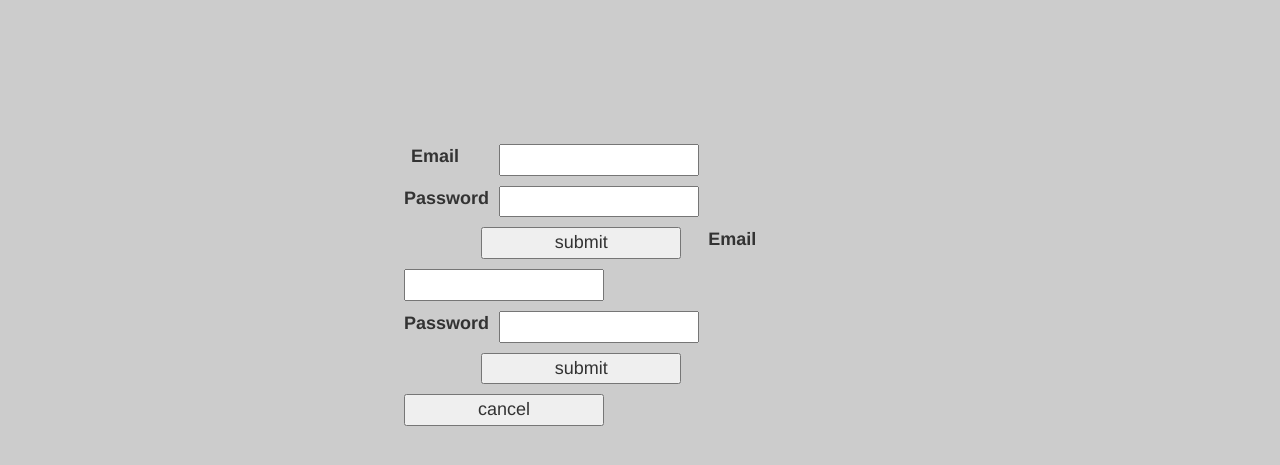
Repository: marijabroceta/ProjekatIB
Page: IB_Project_Shell/src/main/resources/static/index.html
The author's editor kept a copy of each file at every save. The page is drawn from the files as they stood at one save, then again after the next save.
The browser window is 1280 px wide. The pictures show the whole page.

Above is the page before, as saved 2018-07-01 00:02:31.

### IB_Project_Shell/src/main/resources/static/index.html
<!DOCTYPE html>
<html>

<head>
<!--  <script type="text/javascript" src="js/main.js"></script>
<script src="https://ajax.googleapis.com/ajax/libs/jquery/3.3.1/jquery.min.js"></script>-->
<title>Login</title>
	<script src="js/jquery-2.1.4.min.js"></script>
	<link rel="stylesheet" type="text/css" href="bootstrap/css/bootstrap.min.css"/>
    <script src="bootstrap/js/bootstrap.min.js"></script>
    <link rel="stylesheet" type="text/css" href="css/login.css">
    <script src="js/login.js" type="text/javascript"></script>
</head>
<body>
	<!--  <a href="./user_content/cat.jpg" download>Download link for static
		files</a>
	<button type="button"  onclick="download()">Download link for
		target/files files</button>-->
	<div id="login_form">
	    <form name="login" method="post" id="login">
	       	<label for="email">Email</label>
	 		<input type="text" id="email" name="email"><br>
	 		<label for="password">Password</label>
	 		<input type="password" id="password" name="password"><br>
	 		<input type="submit" name="submit" id="submit" value="submit" class="button" />
	    </form>
    <div id="add_form">
			<form name="add_user_form" method="post" id="add_user_form">
		       	<label id="email_lbl" for="email">Email</label>
		 		<input type="text" id="email" name="email"><br>
		 		<label id="pass_lbl" for="password">Password</label>
		 		<input type="password" id="password" name="password"><br>
		 		<input type="submit" name="submit" id="submit" value="submit" class="button" /><br>
		 		<input type="button" name="cancel" id="cancel" value="cancel" class="button" />
	    	</form>
		</div>
</div>
</body>

</html>

### IB_Project_Shell/src/main/resources/static/css/login.css
#login_form{
	position: absolute;
    top: 20%;
    left: 30%;
    right: 30%;
    bottom: 20%;
    font-size: 18px;
}



body {
    text-align: center;
    background: #ccc;
}
/*form {
    display: inline-block;
}*/

label,input {
 display: block;
 width: 200px;
 float: left;
 margin-left: 20px;
 margin-bottom: 10px;
}

label {
 text-align: right;
 width: 75px;
 padding-right: 20px;
}

br {
 clear: left;
}

#submit{
	margin-left: 19%;
}

### IB_Project_Shell/src/main/resources/static/js/login.js
$(document).ready(function(){

	var submit = $('#submit');

	submit.on('click',function(e) {
		login();

		e.preventDefault();
		return false;
	})

});

function login(){
	var email = $('#email').val().trim();
	var password = $('#password').val().trim();
	var token = '';

	var data = {
		'username':email,
		'password':password
	}
	console.log(data);

	$.ajax({
		type: 'POST',
        contentType: 'application/json',
        url: 'https://localhost:8443/api/auth/login',
        data: JSON.stringify(data),
        dataType: 'json',
        crossDomain: true,
		cache: false,
		processData: false,
		success:function(response){
			var token = response.access_token;
			console.log(token);
			console.log(response);

			localStorage.setItem("token",token);
			window.location.href = "main_page.html";
		},
		error: function (jqXHR, textStatus, errorThrown) {
			alert(textStatus);
		}
	});
}

Loaded but not shown: IB_Project_Shell/src/main/resources/static/js/jquery-2.1.4.min.js (library); IB_Project_Shell/src/main/resources/static/bootstrap/css/bootstrap.min.css (library); IB_Project_Shell/src/main/resources/static/bootstrap/js/bootstrap.min.js (library)

After the next save:
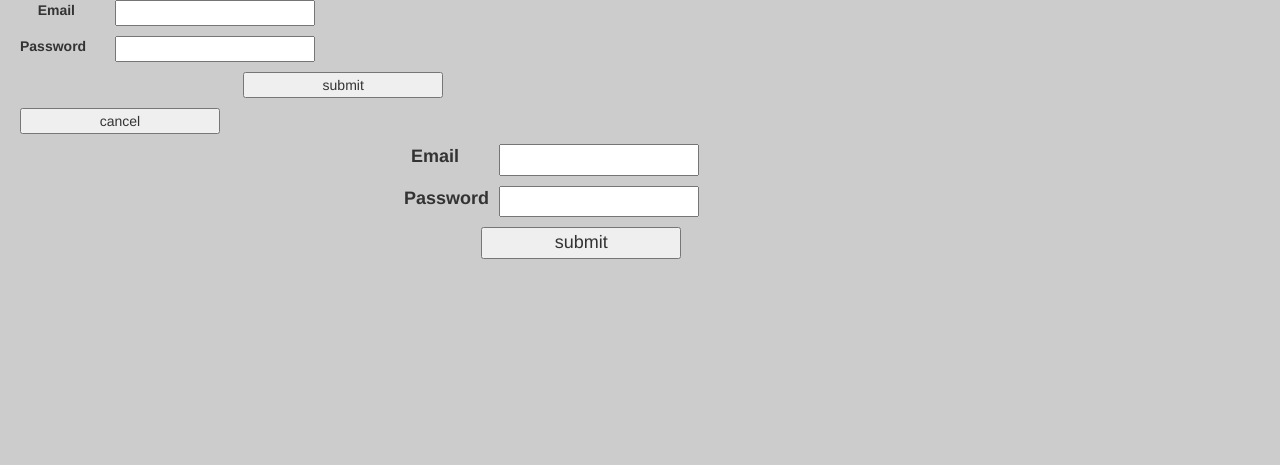
Saved 2 min 10 s later.
--- a/IB_Project_Shell/src/main/resources/static/index.html
+++ b/IB_Project_Shell/src/main/resources/static/index.html
@@ -16,25 +16,27 @@
 		files</a>
 	<button type="button"  onclick="download()">Download link for
 		target/files files</button>-->
-	<div id="login_form">
-	    <form name="login" method="post" id="login">
-	       	<label for="email">Email</label>
-	 		<input type="text" id="email" name="email"><br>
-	 		<label for="password">Password</label>
-	 		<input type="password" id="password" name="password"><br>
-	 		<input type="submit" name="submit" id="submit" value="submit" class="button" />
-	    </form>
-    <div id="add_form">
-			<form name="add_user_form" method="post" id="add_user_form">
-		       	<label id="email_lbl" for="email">Email</label>
+	<div>
+		<div id="login_form">
+		    <form name="login" method="post" id="login">
+		       	<label for="email">Email</label>
 		 		<input type="text" id="email" name="email"><br>
-		 		<label id="pass_lbl" for="password">Password</label>
+		 		<label for="password">Password</label>
 		 		<input type="password" id="password" name="password"><br>
-		 		<input type="submit" name="submit" id="submit" value="submit" class="button" /><br>
-		 		<input type="button" name="cancel" id="cancel" value="cancel" class="button" />
-	    	</form>
-		</div>
-</div>
+		 		<input type="submit" name="submit" id="submit" value="submit" class="button" />
+		    </form>
+		 </div>
+	    <div id="add_form">
+				<form name="add_user_form" method="post" id="add_user_form">
+			       	<label id="email_lbl" for="email">Email</label>
+			 		<input type="text" id="email" name="email"><br>
+			 		<label id="pass_lbl" for="password">Password</label>
+			 		<input type="password" id="password" name="password"><br>
+			 		<input type="submit" name="submit" id="submit" value="submit" class="button" /><br>
+			 		<input type="button" name="cancel" id="cancel" value="cancel" class="button" />
+		    	</form>
+			</div>
+	</div>
 </body>
 
 </html>
